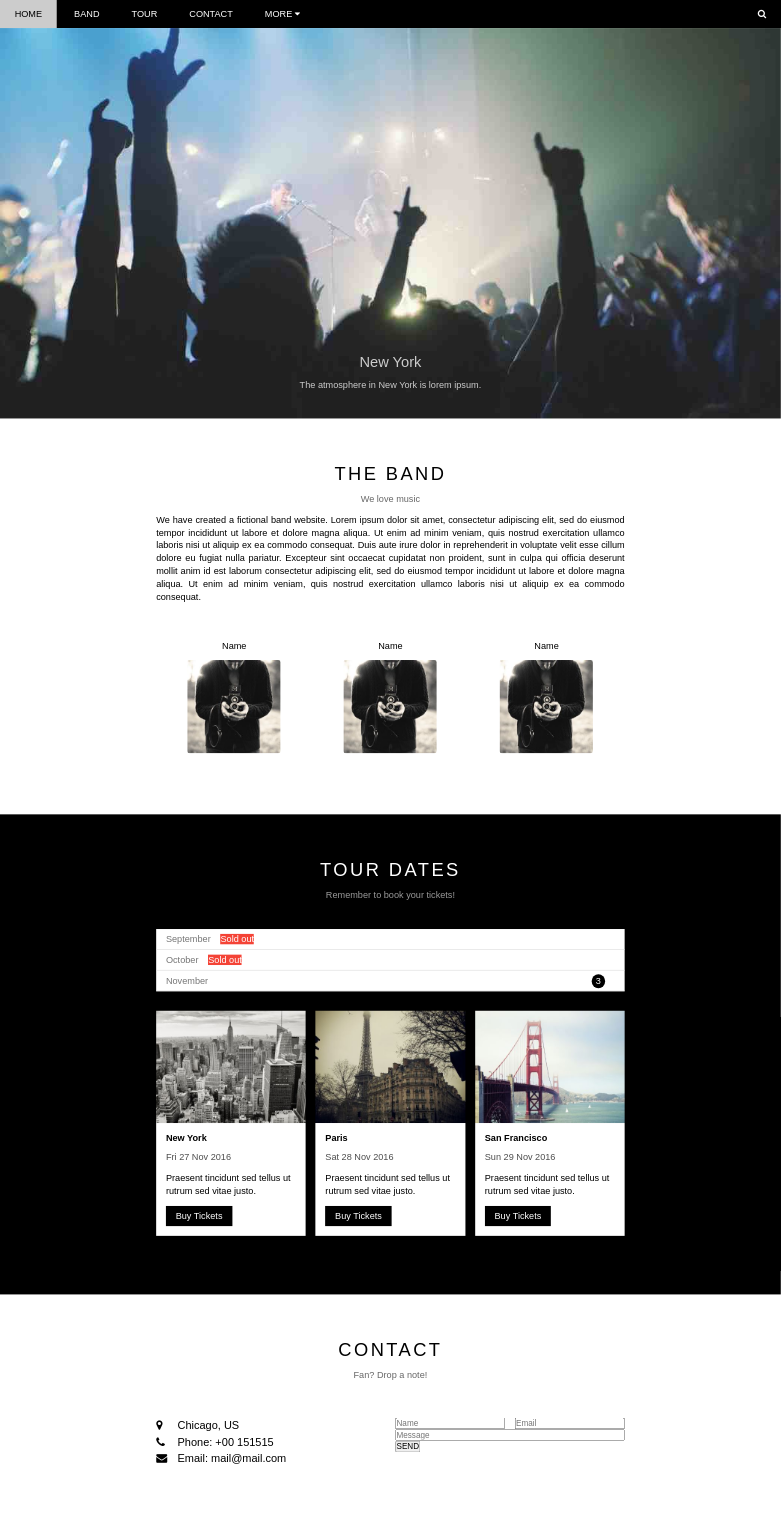
Repository: nguyenhoang2002062929/band
Page: index.html
An editor plug-in stored every save of this project. The page is shown before and after the next save, followed by the edit.
The browser window is 1280 px wide. The pictures show the whole page, at 61% of full size.

Above is the page before, as saved 2023-06-07 19:30:32.

### index.html
<!DOCTYPE html>
<html lang="en">
<head>
    <meta charset="UTF-8">
    <meta http-equiv="X-UA-Compatible" content="IE=edge">
    <meta name="viewport" content="width=device-width, initial-scale=1.0">
    <title>Bank music</title>
    <link rel="stylesheet" href="assets/css/style.css">
    <link rel="stylesheet" href="https://cdnjs.cloudflare.com/ajax/libs/font-awesome/4.7.0/css/font-awesome.min.css">
</head>
<body>
    <div class="main">
        <div class="header">
            <ul class="nav">
                <li><a href="">HOME</a></li>
                <li><a href="">BAND</a></li>
                <li><a href="">TOUR</a></li>
                <li><a href="">CONTACT</a></li>
                <li>
                    <a href="" >MORE <i class="fa fa-caret-down"></i></a>
                    <ul class="subnav">
                        <li><a href="">Merchandise</a></li>
                        <li><a href="">Extras</a></li>
                        <li><a href="">Media</a></li>
                    </ul>
                </li>
            </ul>

            <div class="search">
                <a href=""><i class="fa fa-search"></i></a>
            </div>
        </div>

        <div class="slider">
            <div class="text-content">
                <h2 class="text-heading">New York</h2>
                <p class="text-description">The atmosphere in New York is lorem ipsum.</p>
            </div>
        </div>

        <!-- content -->
        <div class="content">
            <div class="about">
                <div class="content-section">
                    <h2 class="section-heading">THE BAND</h2>
                    <p class="section-sub-heading">We love music</p>
                    <p class="section-text">We have created a fictional band website. Lorem ipsum dolor sit amet, consectetur adipiscing elit, sed do eiusmod tempor incididunt ut labore et dolore magna aliqua. Ut enim ad minim veniam, quis nostrud exercitation ullamco laboris nisi ut aliquip ex ea commodo consequat. Duis aute irure dolor in reprehenderit in voluptate velit esse cillum dolore eu fugiat nulla pariatur. Excepteur sint occaecat cupidatat non proident, sunt in culpa qui officia deserunt mollit anim id est laborum consectetur adipiscing elit, sed do eiusmod tempor incididunt ut labore et dolore magna aliqua. Ut enim ad minim veniam, quis nostrud exercitation ullamco laboris nisi ut aliquip ex ea commodo consequat.</p>
                </div>
                <div class="content-member">
                    <div class="member">
                        <div class="member-text">
                            <p>Name</p>
                        </div>
                        <div class="member-img">
                            <img src="./assets/img/member/bandmember.jpg" alt="">
                        </div>
                    </div>
                    <div class="member">
                        <div class="member-text">
                            <p>Name</p>
                        </div>
                        <div class="member-img">
                            <img src="./assets/img/member/bandmember.jpg" alt="">
                        </div>
                    </div>
                    <div class="member">
                        <div class="member-text">
                            <p>Name</p>
                        </div>
                        <div class="member-img">
                            <img src="./assets/img/member/bandmember.jpg" alt="">
                        </div>
                    </div>
                </div>
            </div>

            <!-- tour -->
            <div class="tour">
                <div class="tour-section">
                    <div class="content-section text-while ">
                        <h2 class="section-heading ">TOUR DATES</h2>
                        <p class="section-sub-heading">Remember to book your tickets!</p>
                    </div>
                    <br>

                    <ul class="tickets">
                        <li>September<span class="sold-out">Sold out</span></li>
                        <li>October<span class="sold-out">Sold out</span></li>
                        <li>November<span class="quantity">3</span></li>
                    </ul>

                    <div class="row tour-places ">
                        <div class="column places">
                            <img src="assets/img/places/newyork.jpg" alt="">
                            <div class="places-content">
                                <p class="name">New York</p>
                                <p class="date">Fri 27 Nov 2016</p>
                                <p class="describe">Praesent tincidunt sed tellus ut rutrum sed vitae justo.</p>
                                <button class="js-by-modal">Buy Tickets</button>
                            </div>

                        </div>
                        <div class="column places">
                            <img src="assets/img/places/paris.jpg" alt="">
                            <div class="places-content">
                                <p class="name">Paris</p>
                                <p class="date">Sat 28 Nov 2016</p>
                                <p class="describe">Praesent tincidunt sed tellus ut rutrum sed vitae justo.</p>
                                <button class="js-by-modal">Buy Tickets</button></div>

                        </div>
                        <div class=" column places">
                            <img src="assets/img/places/sanfran.jpg" alt="">
                            <div class="places-content">
                                <p class="name">San Francisco</p>
                                <p class="date">Sun 29 Nov 2016</p>
                                <p class="describe">Praesent tincidunt sed tellus ut rutrum sed vitae justo.</p>
                                <button class="js-by-modal">Buy Tickets</button>
                            </div>

                        </div>
                    </div>
                </div>

            </div>

            <div class="about">
                <div class="content-section">
                    <h2 class="section-heading">CONTACT</h2>
                    <p class="section-sub-heading">Fan? Drop a note!</p>
                </div>
                <div class="row contact">
                    <div class="column column-half contact-left">
                        <p><i class="fa fa-map-marker contact-icon"></i>Chicago, US</p>
                        <p><i class="fa fa-phone contact-icon"></i>Phone: +00 151515</p>
                        <p><i class="fa fa-envelope contact-icon"></i>Email: mail@mail.com</p>
                    </div>
                    <div class="column column-half">
                        <form action="">
                            <div class="row">
                                <div class="column conlumn-half ">
                                    <input class="contact-right-inp" type="text" placeholder="Name">
                                </div>
                                <div class="column conlumn-half ">
                                    <input class="contact-right-inp" type="email" placeholder="Email">
                                </div>
                            </div>
                            <div class="row">
                                <div class="column colum-full">
                                    <input class="contact-right-inp" type="text" placeholder="Message">
                                </div>
                            </div>
                            <button>SEND</button>
                        </form>
                    </div>
                </div>
            </div>

        </div>

        <div class="footer">

        </div>
    </div>
    <div class="modal js-modal">
        <div class="modal-content js-modal-content">
            <div class="modal-header">
                <span class="modal-close js-closeModal">x</span>
                <h2 ><i class="fa fa-suitcase w3-margin-right"></i> Tickets</h2>
            </div>
            <div class="modal-boby">
                <label for="many">
                    <i class="fa fa-shopping-cart"></i>
                    Tickets, $15 per person
                </label>
                <input id="many" type="text" placeholder="How many?" >
                <label for="modal-email">
                    <i class="fa fa-user"></i>
                    Send To
                </label>
                <input id="modal-email" type="text" placeholder="Enter email">
                <button class="pay">PAY <i class="fa fa-check"></i></button>
            </div>
            <div class="modal-footer">
                <p>Need <a href="">help?</a></p>
            </div>
        </div>
    </div>

    <script>
        const buyBtns = document.querySelectorAll('.js-by-modal')
        const modal = document.querySelector('.js-modal')
        const closeModal = document.querySelector('.js-closeModal')
        const modalContent = document.querySelector('.js-modal-content')


        function showBuyTickets (){
            modal.classList.add('open')
        }
        function hideBuyTickes(){
            modal.classList.remove('open')
        }

        for(const buyBtn of buyBtns){
            buyBtn.addEventListener('click', showBuyTickets)
        }

        closeModal.addEventListener('click', hideBuyTickes)

        modal.addEventListener('click',hideBuyTickes)

        modalContent.addEventListener('click', function(envent){
            envent.stopPropagation()
        })
    </script>
</body>
</html>

### assets/css/style.css
*{
    margin: 0;
    padding: 0;
    box-sizing: border-box;
}
html{
    font-family: Arial, Helvetica, sans-serif;
}
.text-while{
    color: #fff !important;
}
.row{
    display: flex;
    margin-left: -8px;
    margin-right: -8px;
}
/* .row::after{
    content: "";
    display: block;
    clear: both;
} */
.column{
    padding: 0 8px;
}
.colum-full{
    width: 100%;
}
.column-half{
    width: 50%;
}
.column-three{
    width: 33.3333%;
}
.header{
    z-index: 1;
    position: fixed;
    height: 46px;
    background-color: #000;
    top: 0;
    left: 0;
    right: 0;
}
.header .nav {
    display: inline-block;
   line-height: 46px;
}
.header .nav > li > a{
    text-decoration: none;
    padding: 0px 24px;
    color: #fff;
    font-size: 15px;
}
.header .nav > li{
    display: inline-block;
    position: relative;
}
.header .nav > li:hover > a{
    display: block;
    color: #000;
    background-color: #ccc;
}
.header .nav .subnav{
    position: absolute;
    display: none;
    background-color: #fff;
    box-shadow: 0 0 10px rgba(0, 0, 0, 0.3) ;
}
.subnav li{
      min-width: 160px;
      list-style-type: none;
}
.nav > li:hover > .subnav{
    display: block;
}
.subnav li:hover a{
    color: #000;
    background-color: #ccc;
}
.subnav a{
    display: block;
    text-decoration: none;
    color: #000;
    padding: 0px 24px;
}
.search{
float: right;
padding: 0 24px;
line-height: 46px;
cursor: pointer;
}
.search a{
    color: rgb(255, 255, 255);
    font-size: 15px;
}
.search:hover{
    color: rgb(255, 255, 255);
    background-color: #f44336!important;
}

.slider{
    position: relative;
    margin-top: 46px;
    padding-top: 50%;
    background: url('../img/slider/slider2.jpg') center top / cover no-repeat;
}
.slider .text-content{
    position: absolute;
    color: #ccc;
    bottom: 0;
    left: 50%;
    transform: translateX(-50%);
    text-align: center;
    padding: 32px 16px;
}
.text-content .text-heading{
    font-size: 24px;
    margin-top: 10px;
    font-weight: 200;
}
.text-content .text-description{
    font-size: 15px;
    margin: 15px 0;
}
.about{
    width: 768px;
   margin-right: auto;
    margin-left: auto;
    padding-bottom: 64px;
}
.content-section{
    text-align: center;
    padding-top: 64px;
    padding-bottom: 15px;
}
.content-section .section-heading{
    font-size: 30px;
    font-weight: 300;
    letter-spacing: 4px;
    margin: 10px;
}
.content-section .section-sub-heading{
    font-size: 15px;
    font-weight: initial;
    margin: 15px;
    opacity: 0.6;
}
.content-section .section-text{
    font-size: 15px;
    text-align: justify;
    line-height: 1.4;
}
.content-member{
    display: flex;
    text-align: center;
    align-items: center;
    padding: 32px 0;
}
.member-text{
    font-size: 15px;
    margin: 15px 0;
}
.member-img img{
    width: 153px;
    border-radius: 4px;
}
.content-member .member{

    width: 33.333%;
}
.tour{
     background-color: #000;
}
.tour-section{
    width: 768px;
    margin-right: auto;
    margin-left: auto;
    padding-bottom: 64px;
}
.tickets{
    background-color: #fff;
}
.tickets li{
    border-bottom: 1px solid #ddd;
    padding: 8px 16px;
    font-size: 15px;
    color: rgb(117, 117, 117);
    list-style-type: none;
}
.tickets .sold-out{
    color: #fff;
    background-color: #f44336;
    margin: 16px;
    padding: opx 8px;
}
.tickets .quantity{
    float:right;
    height: 22.5px;
    width: 22.5px;
    margin-right: 16px;
    border-radius: 50%;
    background-color: #000;
    color: #fff;
    text-align: center;
    line-height: 22.5px;
    margin-top: -2px;
}
.tour-places{
    padding: 32px 0px;
}
.tour-places .places{
    width: 33.3333%;
}
.places .name{
    font-size: 15px;
}
.places img{
    width: 100%;
    display: block;
}
.places img:hover{
    opacity: 0.6;
}
.places-content{
    background-color: #fff;
    padding-left: 16px;
    font-size: 15px;
}
.places-content .name{
    padding-top: 15px;
    font-weight: 700;
}
.places-content .date{
    padding-top: 15px;
    opacity: 0.7;
}
.places-content .describe{
    margin: 15px 0;
    line-height: 1.4;
}
.places-content button{
    padding: 8px 16px;
    font-size: 15px;
    color: #fff;
    background-color: #000;
    border: none;
    margin-bottom:16px ;
}
.places-content button:hover{
    color: #000;
    background-color: #ccc;
}
.modal{
    position: fixed;
    display: none;
    background: rgba(0, 0, 0, 0.4);
    top: 0;
    left: 0;
    bottom: 0;
    right: 0;
    z-index: 2;
    align-items: center;
    justify-content: center;
}
.modal.open{
    display: flex;
}
.modal-content{
    position: absolute;
    width: 868px;
    max-width: calc(100% - 40px);
    min-height: 342px;
    background-color: #fff;
    animation: ModalFadeIn ease 0.5s;
}
.modal-header{
    width: 100%;
    padding: 32px 16px;
    background-color: rgb(0, 150, 136);
    color: #fff;
    text-align: center;
}
.modal-header h2{
    font-size: 30px;
    margin: 10px 0px;
    font-weight: 400;
    letter-spacing: 3px;
    margin-left: 16px;
}
.modal-header .modal-close{
    position: absolute;
    color: #fff;
    font-size: 24px;
    right: 0;
    top: 0;
    padding: 8px 16px;
}
.modal-header .modal-close:hover{
    color: #000;
    background-color: #ccc;
}
.modal-boby{
    padding: 0px 16px;

}
.modal label{
    display: block;
    margin: 15px 0px 8px;
    font-size: 15px;
}
.modal input{
    width: 100%;
    padding: 8px;
    border: 1px solid #ccc;
    display: block;
    font-size: 15px;
}
.modal button{
    display: block;
    width: 100%;
    padding: 16px;
    margin: 16px 0;
    border: none;
    background-color: rgb(0, 150, 136);
    color: #fff;
}
.modal button:hover{
    color: #000;
    background-color: #ccc;
}
.modal-footer p{
    float: right;
    margin: 15px 16px   ;
}
.modal-footer p a{
    color: rgb(33, 150, 243);
}
@keyframes ModalFadeIn{
    from{
        opacity: 0;
        transform: translateY(-200px);
    }
    to{
        opacity: 1;
        transform: translateY(0);
    }
}

/* contact */
.contact{
    padding: 32px 0px;

}
.contact-left{
    font-size: 18px;
    line-height: 1.5;
}
.contact-icon{
    display: block;
    width: 35px;
}
.contact-right-inp{
    width: 100%;
    display: block;
    float: right;
}

After the next save:
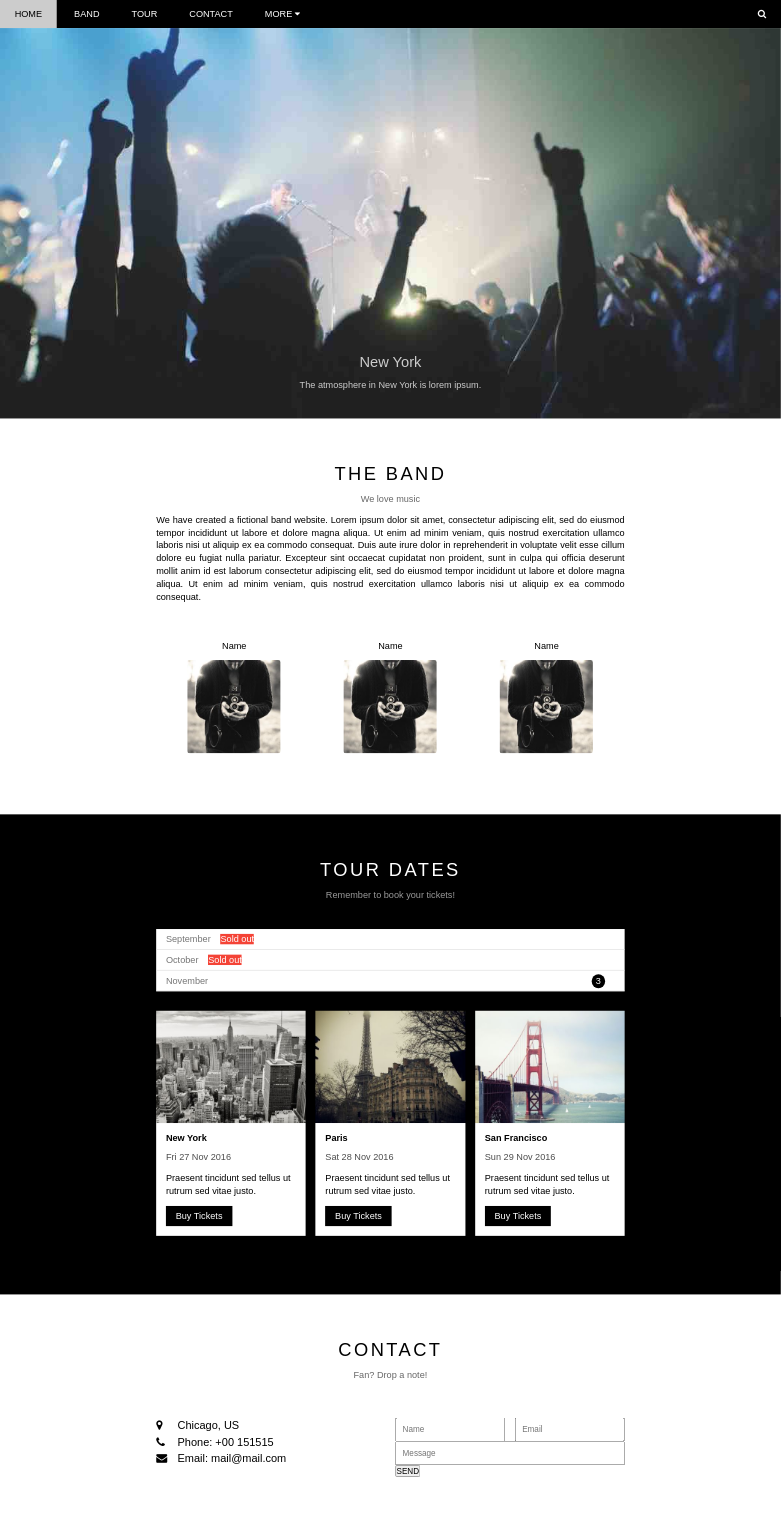
Saved 52 s later.
--- a/assets/css/style.css
+++ b/assets/css/style.css
@@ -359,7 +359,7 @@ cursor: pointer;
     width: 35px;
 }
 .contact-right-inp{
-    width: 100%;
-    display: block;
-    float: right;
-}
+    padding: 10px;
+    width: 100%;
+    display: block;
+}
